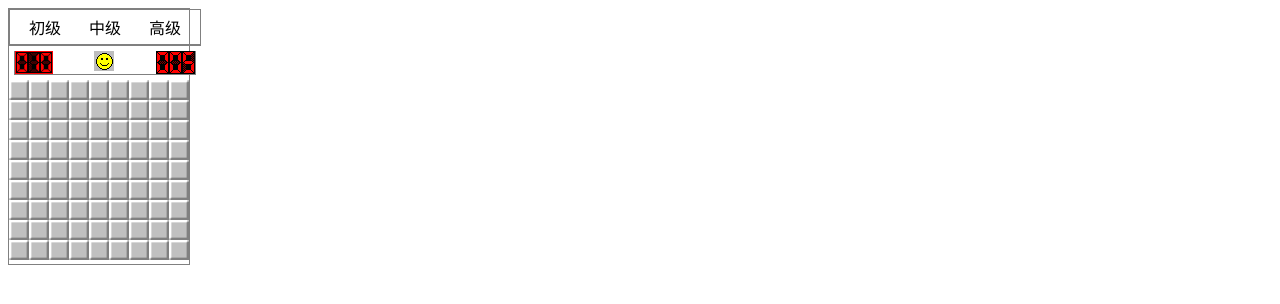
Repository: vLinv/MineSweeper
Page: index.html
An editor plug-in stored every save of this project. The page is shown before and after the next save, followed by the edit.
The browser window is 1280 px wide. The pictures show the whole page.

Above is the page before, as saved 2022-02-18 16:39:06.

After the next save:
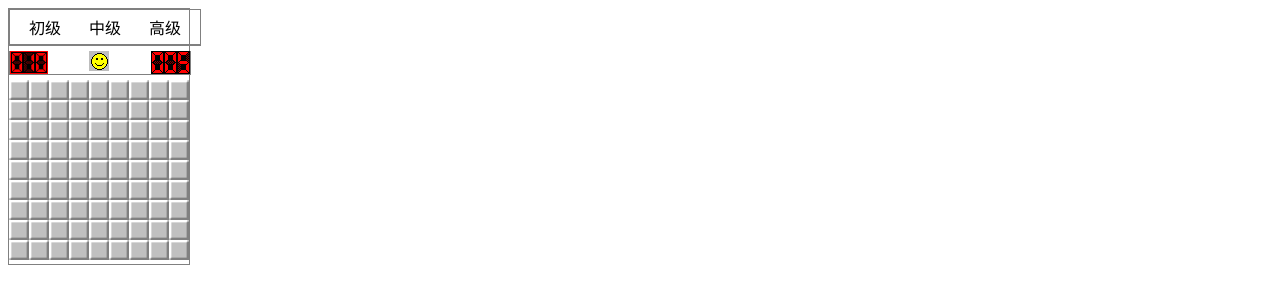
Saved 24 s later.
--- a/index.html
+++ b/index.html
@@ -53,7 +53,7 @@
       display: flex;
       border: 1px solid gray;
       border-top: none;
-      margin: 5px;
+      margin: 5px 0;
     }
 
     #mineNumCanvas {
